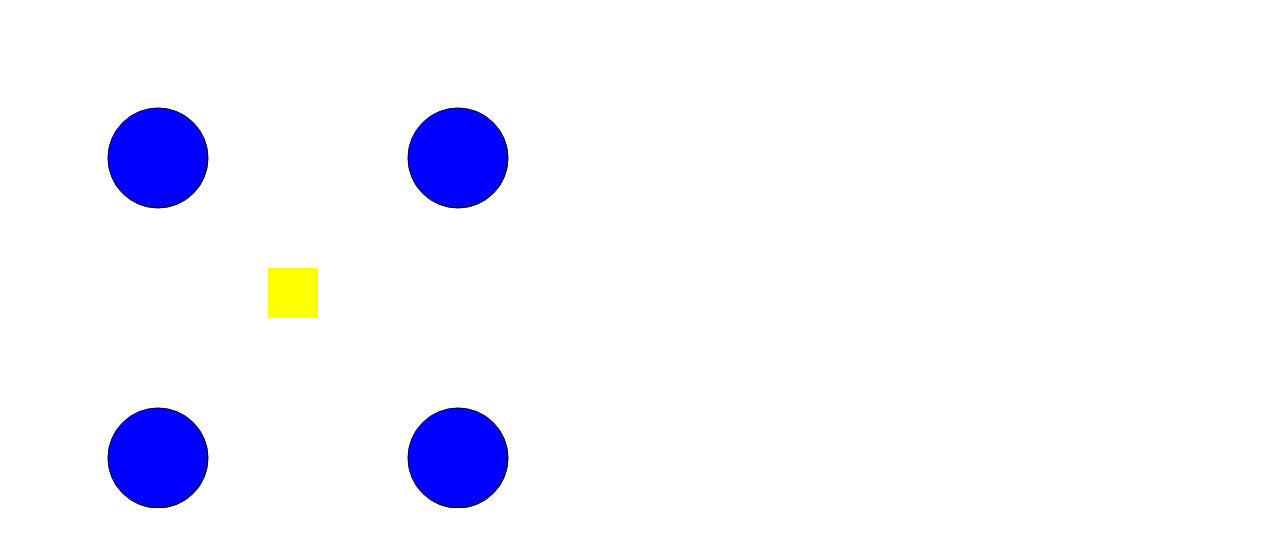
Repository: facio313/Python
Page: HELLO_PYTHON/day17/templates/canvas.html
The author's editor kept a copy of each file at every save. The page is drawn from the files as they stood at one save, then again after the next save.
The browser window is 1280 px wide. The pictures show the whole page.

Above is the page before, as saved 2022-12-15 10:48:37.

After the next save:
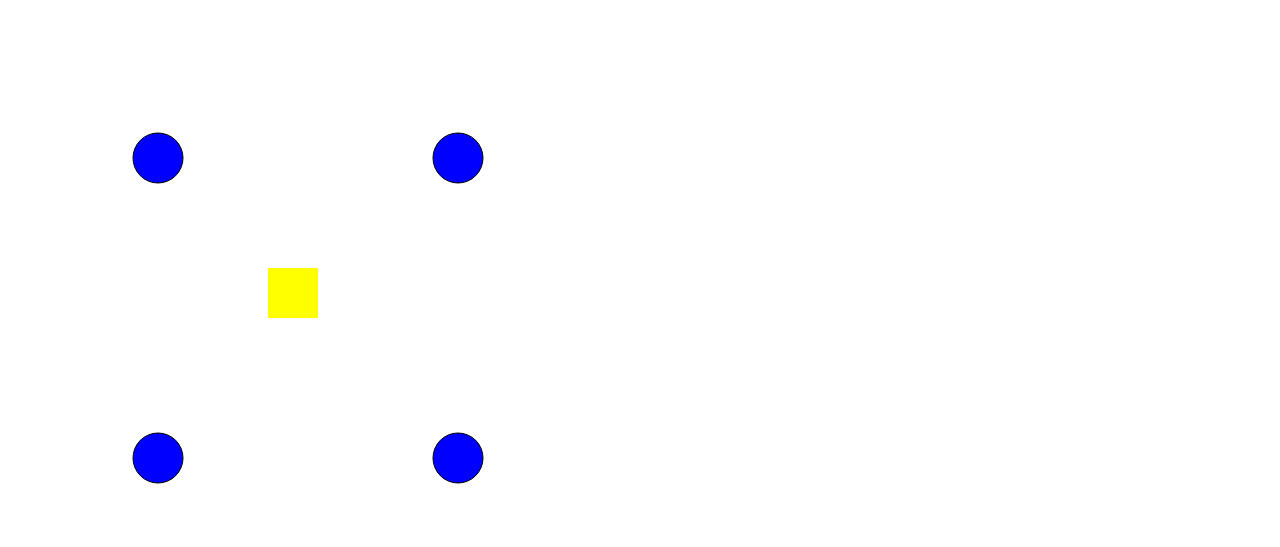
Saved 13 s later.
--- a/HELLO_PYTHON/day17/templates/canvas.html
+++ b/HELLO_PYTHON/day17/templates/canvas.html
@@ -11,25 +11,25 @@ function loader(){
 	var ctx = canvas.getContext( "2d" );      // 2d canvas 획득
 
 	ctx.beginPath();
-	ctx.arc(150, 150, 50, 0, Math.PI*2, false );
+	ctx.arc(150, 150, 25, 0, Math.PI*2, false );
 	ctx.fillStyle = "blue";
 	ctx.fill();
 	ctx.stroke();
 
 	ctx.beginPath();
-	ctx.arc(450, 150, 50, 0, Math.PI*2, false );
+	ctx.arc(450, 150, 25, 0, Math.PI*2, false );
 	ctx.fillStyle = "blue";
 	ctx.fill();
 	ctx.stroke();
 
 	ctx.beginPath();
-	ctx.arc(450, 450, 50, 0, Math.PI*2, false );
+	ctx.arc(450, 450, 25, 0, Math.PI*2, false );
 	ctx.fillStyle = "blue";
 	ctx.fill();
 	ctx.stroke();
 
 	ctx.beginPath();
-	ctx.arc(150, 450, 50, 0, Math.PI*2, false );
+	ctx.arc(150, 450, 25, 0, Math.PI*2, false );
 	ctx.fillStyle = "blue";
 	ctx.fill();
 	ctx.stroke();
